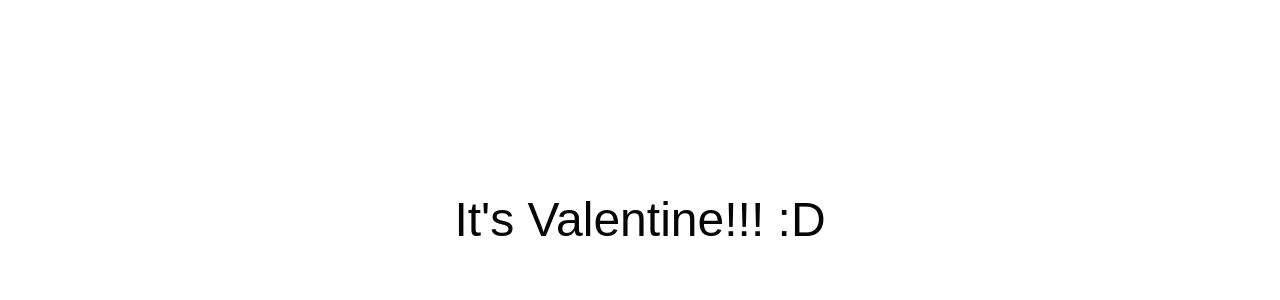
Repository: vedant-dwivedi/ValentineProject
Page: index.html
An editor plug-in stored every save of this project. The page is shown before and after the next save, followed by the edit.
The browser window is 1280 px wide. The pictures show the whole page.
Some web libraries are served in a nearby version.

Above is the page before, as saved 2025-05-17 01:49:36.

After the next save:
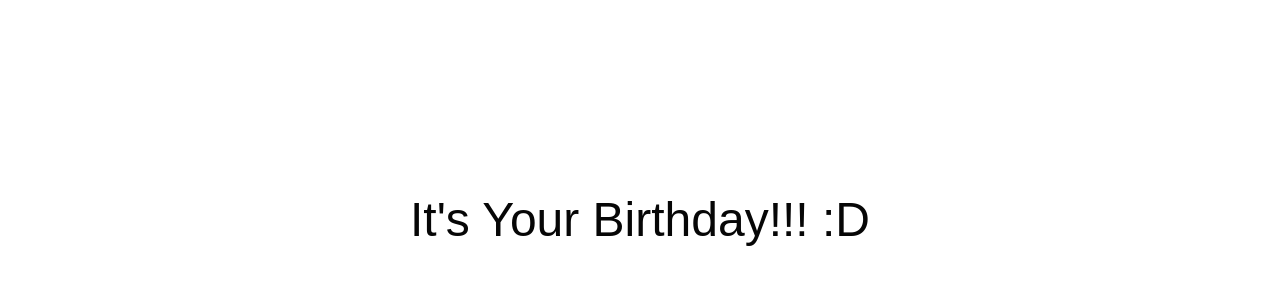
Saved 94 s later.
--- a/index.html
+++ b/index.html
@@ -22,7 +22,7 @@
         <p class="two" id="greetingText">I really like your name btw!</p>
       </div>
       <div class="three">
-        <p>It's Valentine!!! :D</p>
+        <p>It's Your Birthday!!! :D</p>
       </div>
       <div class="four">
         <div class="text-box">
